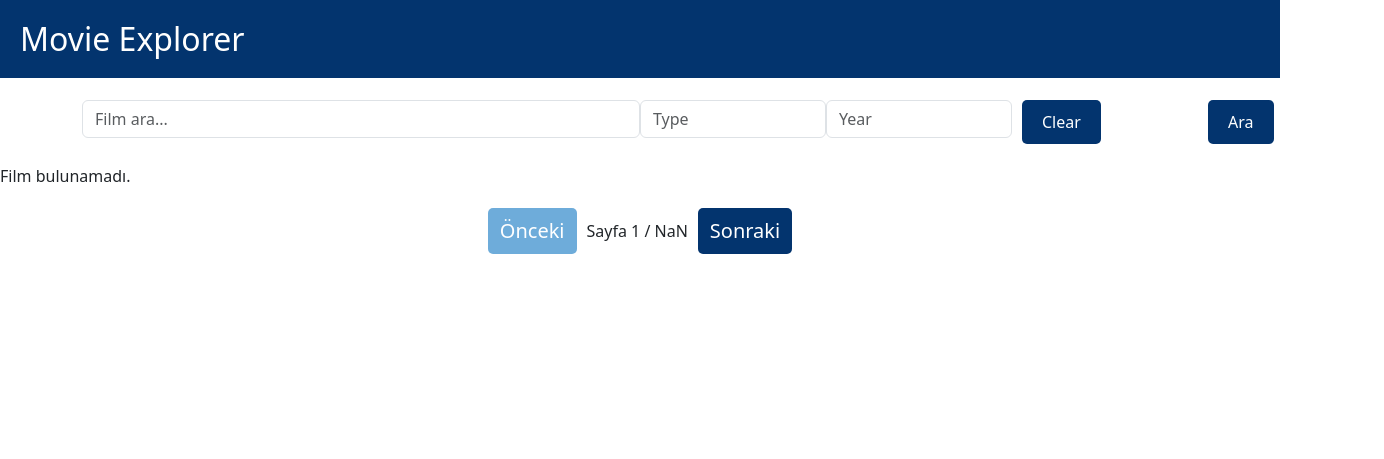
Repository: denizdizi/movie-explorer
Page: /
These files come from the project's save history. The page is drawn as it stood at one moment and after the next save; the edit follows.
The browser window is 1280 px wide. The page is 1384 px wide, then 1280 px, so the pictures cover 1384 px, including what lies to the right of the window. The pictures show the whole page.
The page's requests for data from a server got no answer. The project was rebuilt for these pictures with package versions that can differ from the ones it lists, and the page was loaded fresh each time. No one was signed in, and anything a server would have sent is missing. Also part of the build but not shown: src/App.css, src/components/MovieCard.js.

Above is the page before, as saved 2025-03-28 22:43:32.

After the next save:
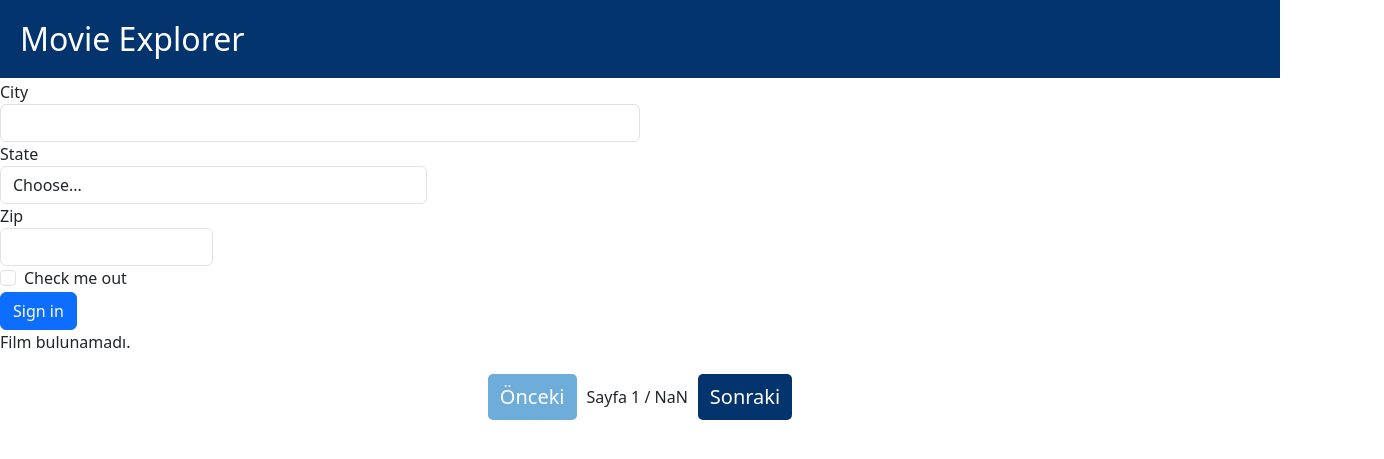
Saved 3 min 57 s later.
--- a/src/components/SearchBar.js
+++ b/src/components/SearchBar.js
@@ -13,29 +13,34 @@ const SearchBar = () => {
   };
 
   return (
-    <form onSubmit={handleSearch} className="search-bar">
-<div className="container input-wrapper">
-    <div className="col-lg-6">
-      <input type="text" className="form-control" placeholder="Film ara..." />
+<form>
+  <div class="form-row">
+    <div class="form-group col-md-6">
+      <label for="inputCity">City</label>
+      <input type="text" class="form-control" id="inputCity" />
     </div>
-    <div className="col-lg-2">
-      <input type="text" className="form-control" placeholder="Type" />
+    <div class="form-group col-md-4">
+      <label for="inputState">State</label>
+      <select id="inputState" class="form-control">
+        <option selected>Choose...</option>
+        <option>...</option>
+      </select>
     </div>
-    <div className="col-lg-2">
-      <input type="text" className="form-control" placeholder="Year" />
+    <div class="form-group col-md-2">
+      <label for="inputZip">Zip</label>
+      <input type="text" class="form-control" id="inputZip" />
     </div>
-    <div className="col-lg-2">
-    <button type="submit" className="search-btn">
-        Clear
-      </button>
-      </div>
-    <div className="col-lg-2">
-    <button type="submit" className="search-btn">
-        Ara
-      </button>
-      </div>
-</div>
-    </form>
+  </div>
+  <div class="form-group">
+    <div class="form-check">
+      <input class="form-check-input" type="checkbox" id="gridCheck" />
+      <label class="form-check-label" for="gridCheck">
+        Check me out
+      </label>
+    </div>
+  </div>
+  <button type="submit" class="btn btn-primary">Sign in</button>
+</form>
   );
 };
 
